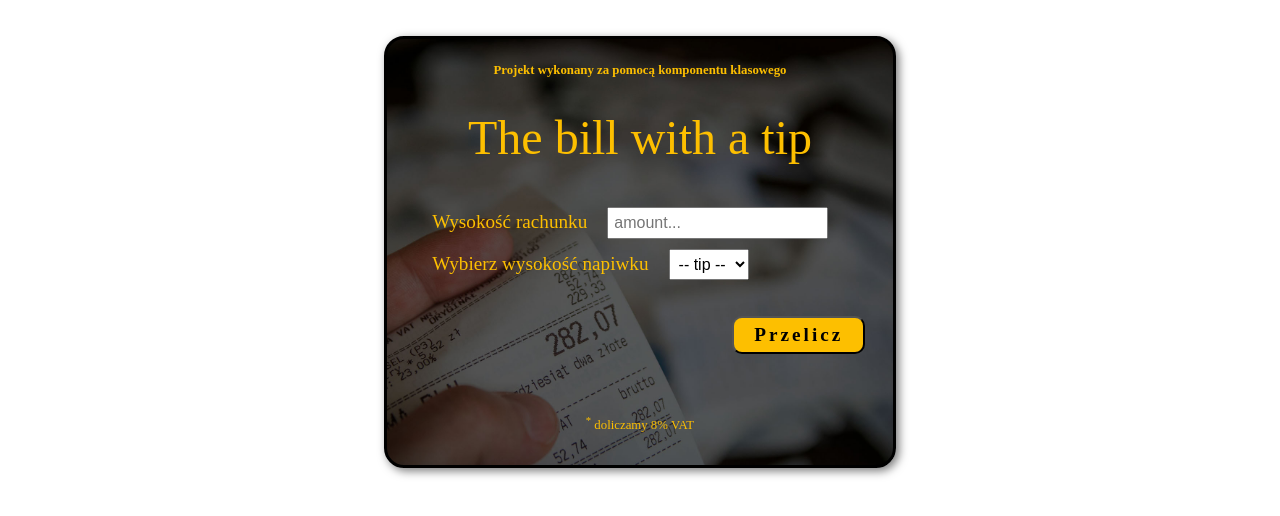
Repository: KrzysKolo/sr_tydzien4_zad1
Page: /
These files come from the project's save history. The page is drawn as it stood at one moment and after the next save; the edit follows.
The browser window is 1280 px wide. The pictures show the whole page.
Some web fonts or font styles are not loaded; a fallback is used. The project was rebuilt for these pictures with package versions that can differ from the ones it lists, and the page was loaded fresh each time. Also part of the build but not shown: src/components/ParagrapfCard.js.

Above is the page before, as saved 2020-11-06 15:07:03.

After the next save:
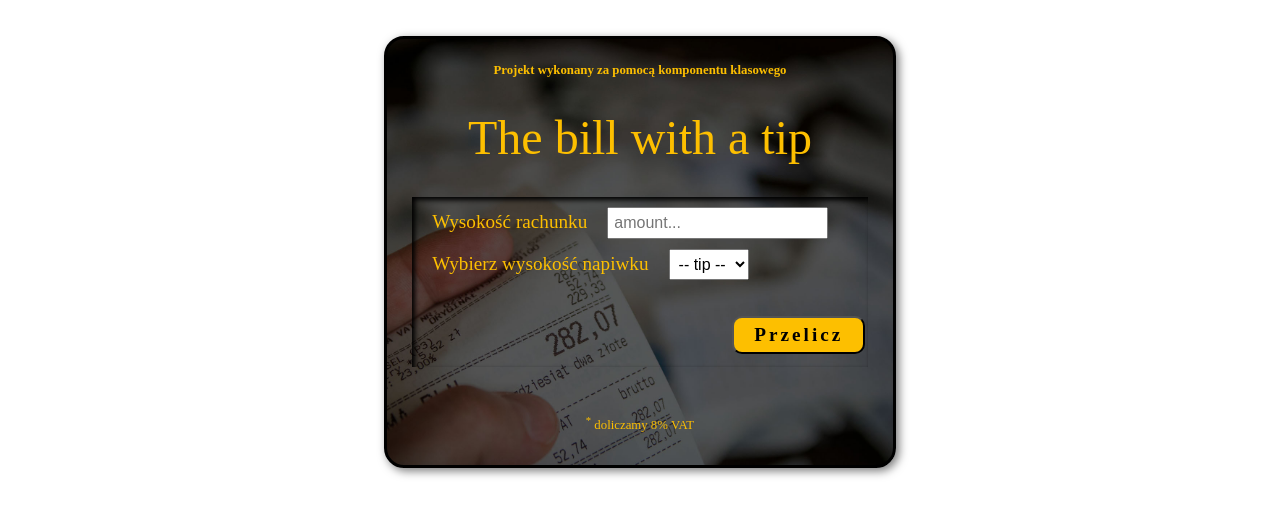
Saved 4 min 34 s later.
--- a/src/components/BillCard.css
+++ b/src/components/BillCard.css
@@ -21,6 +21,7 @@
   margin-top: 2rem;
   height: 40%;
   width: 90%;
+  box-shadow: inset 3px 3px 5px black;
 }
 .billCard__header h1 {
   color: rgb(253, 191, 0);
@@ -32,7 +33,6 @@
 .billCard__section--background {
   background-color: rgba(253, 191, 0, 0.07);
   border-radius: 10px;
-  box-shadow: inset 3px 3px 5px black;
 }
 .billCard__section p {
   font-family: "Shadows Into Light Two", cursive;
